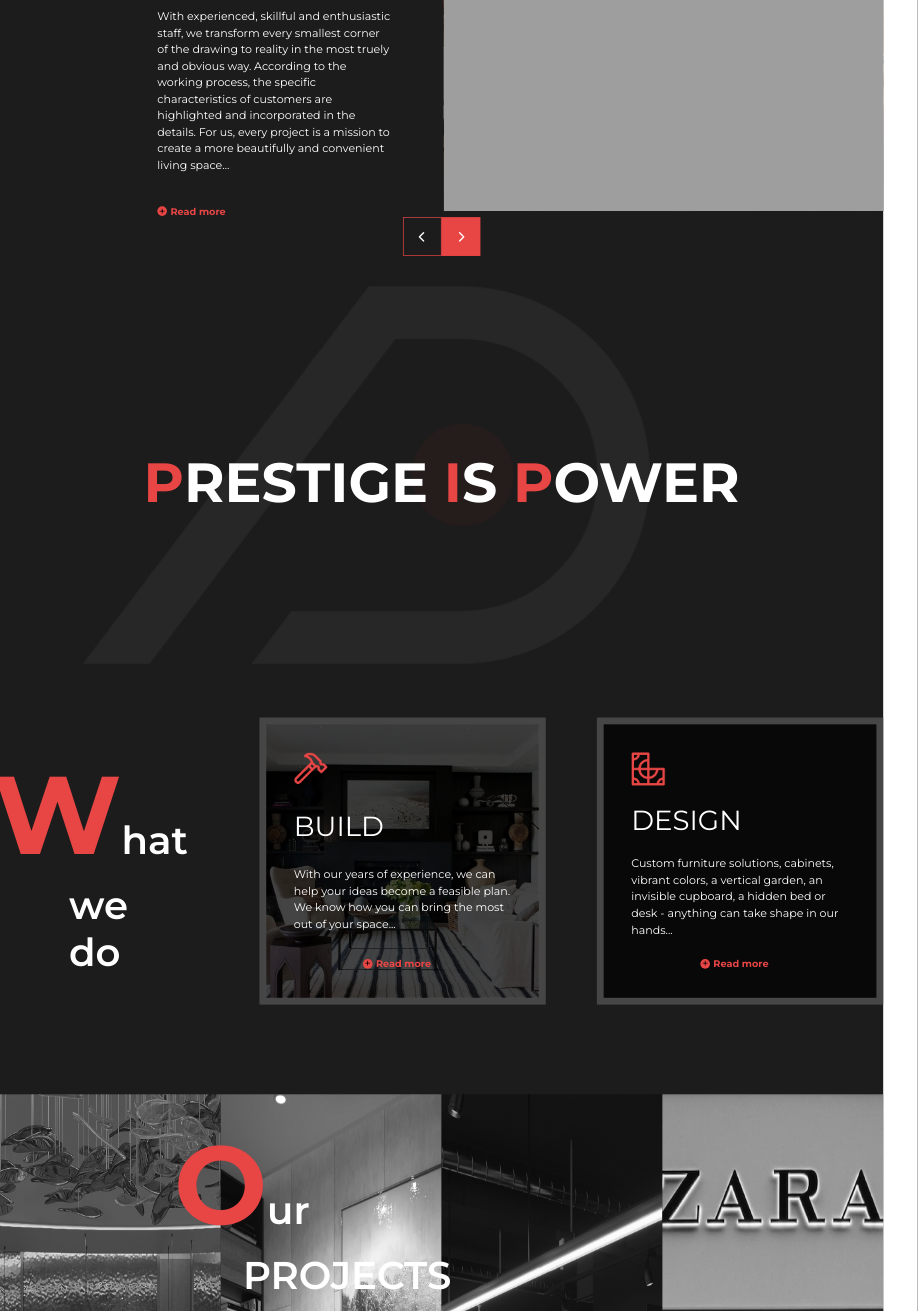
Repository: iphoneboy46/demoMonaFigma
Page: index.html
An editor plug-in stored every save of this project. The page is shown before and after the next save, followed by the edit.
The browser window is 1280 px wide. The page is 1330 px wide, so the pictures cover 1330 px, including what lies to the right of the window. The pictures show the part of the page from y = 1084 to 2984 px (the page is 5304 px tall), at 69% of full size.
Pictures or frames that could not be fetched are drawn as grey boxes. Some web libraries are served in a nearby version.

Above is the page before, as saved 2023-03-20 21:39:44.

After the next save:
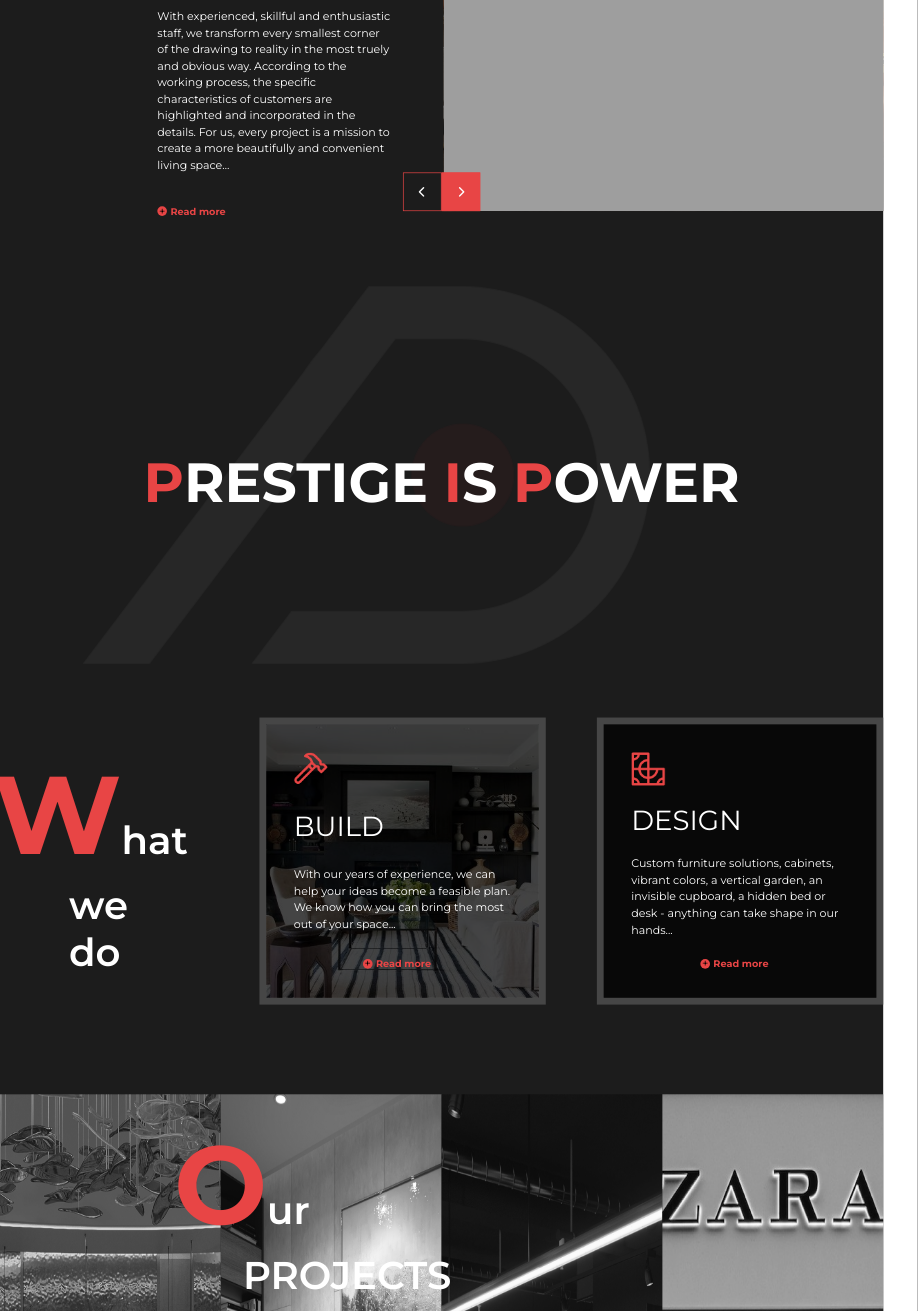
Saved 10 s later.
--- a/style.css
+++ b/style.css
@@ -489,9 +489,11 @@
 .section_top-bottom {
   display: flex;
   justify-content: center;
-  z-index: 10;
-  width: 20%;
-  margin: 0 auto;
+
+  bottom: 0;
+  transform: translateX(-50%);
+  left: 50%;
+  position: absolute;
 }
 
 .section_top-bottom > .btn-prev {
